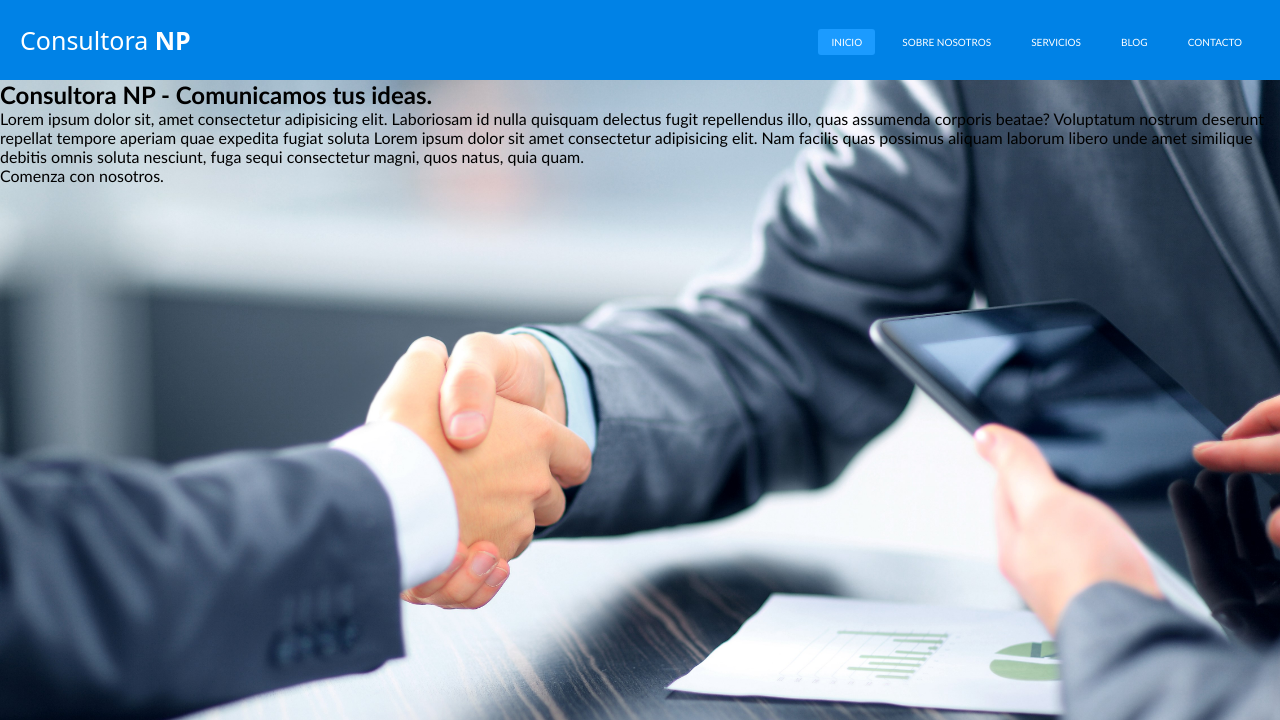
Repository: Batu120/pre-entrega2
Page: index.html
The author's editor kept a copy of each file at every save. The page is drawn from the files as they stood at one save, then again after the next save.
The browser window is 1280 px wide. The pictures show the whole page.

Above is the page before, as saved 2022-10-31 13:53:25.

After the next save:
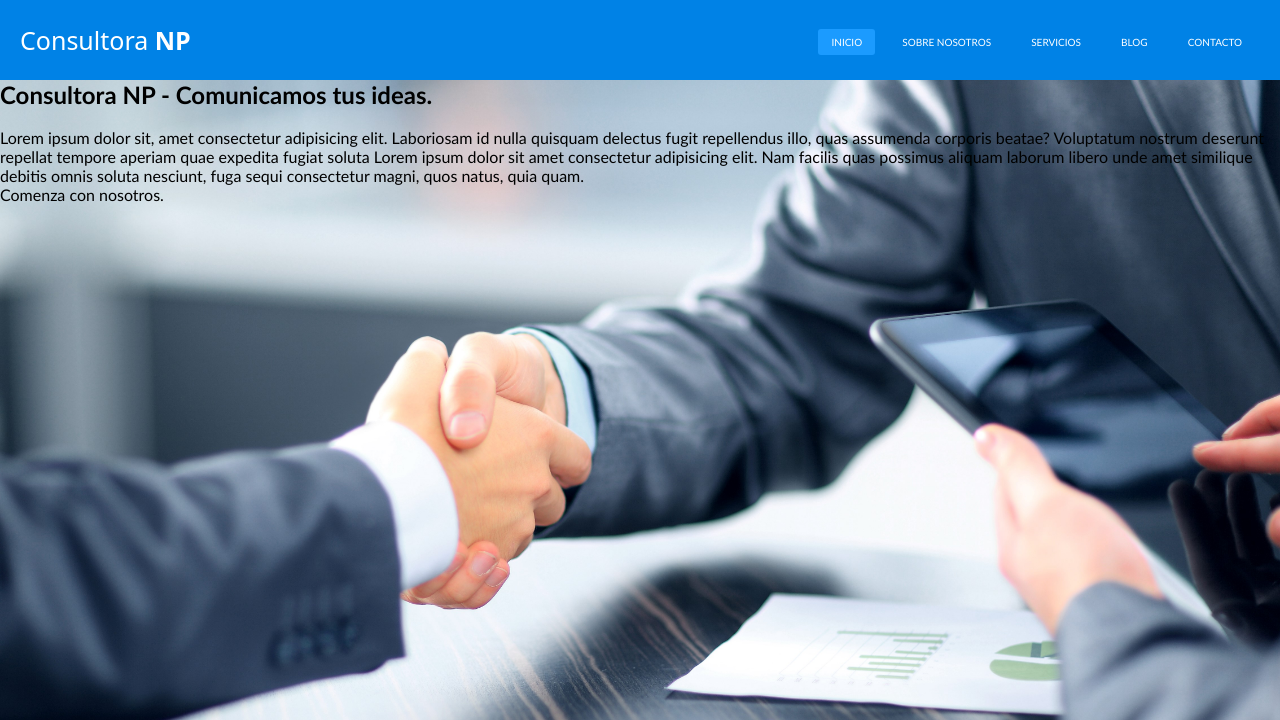
Saved 39 s later.
--- a/index.html
+++ b/index.html
@@ -31,7 +31,7 @@
     <section>
         <div class="centrar">
             <!-- titulo h1 -->
-            <h1>Consultora NP - Comunicamos tus ideas.</h1>
+            <h1>Consultora NP - Comunicamos tus ideas.</h1><br>
             <!-- Parrafo -->
             <p>Lorem ipsum dolor sit, amet consectetur adipisicing elit. Laboriosam id nulla quisquam delectus fugit repellendus illo, quas assumenda corporis beatae? Voluptatum nostrum deserunt repellat tempore aperiam quae expedita fugiat soluta Lorem ipsum dolor sit amet consectetur adipisicing elit. Nam facilis quas possimus aliquam laborum libero unde amet similique debitis omnis soluta nesciunt, fuga sequi consectetur magni, quos natus, quia quam.</p>
 
